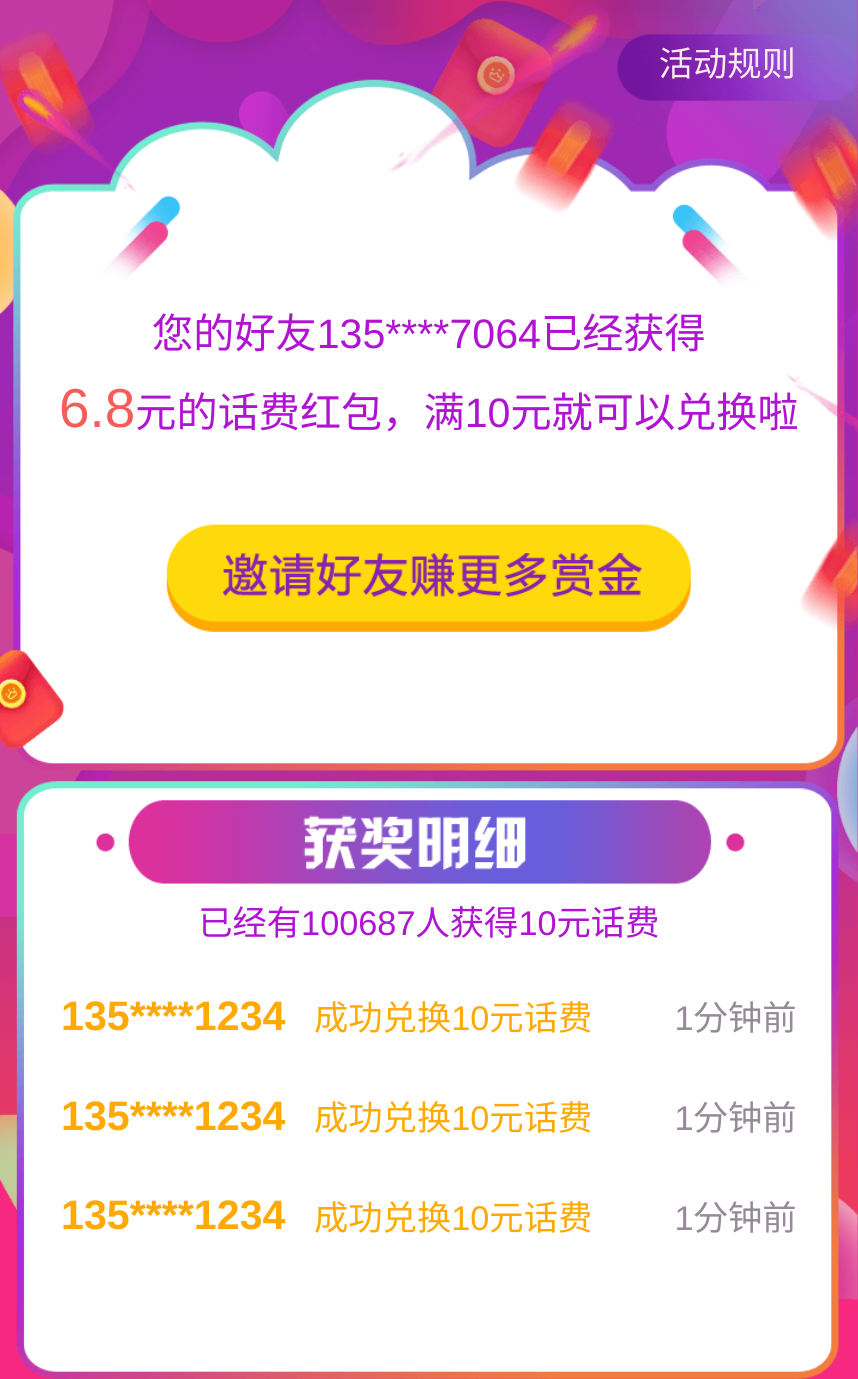
Repository: wangbiaozy/hb
Page: index_hjmx.html
These files come from the project's save history. The page is drawn as it stood at one moment and after the next save; the edit follows.
The browser window is 1280 px wide. The pictures show the whole page, at 67% of full size.

Above is the page before, as saved 2018-08-16 16:36:38.

### index_hjmx.html
<!DOCTYPE html>
<html lang="en">
<head>
    <meta charset="UTF-8">
    <meta name="viewport" content="width=device-width, initial-scale=1.0, maximum-scale=1.0, minimum-scale=1.0, user-scalable=no, viewport-fit=cover">
    <meta http-equiv="X-UA-Compatible" content="ie=edge">
    <title>Document</title>
    <link rel="stylesheet" href="css/reset.min.css">
    <link rel="stylesheet/less" href="css/styles_1.less">
    <script src="js/less-1.7.0.min.js"></script>
</head>
<body>
    <section class="main">
        <a id="rule_btn" href="javascript:void(0)">活动规则</a>
        <!-- 获奖明细页 -->
        <div class="detail">
            <p>您的好友<span>135****7064</span>已经获得<br><i>6.8</i>元的话费红包，满10元就可以兑换啦</p>
            <a href="javascript:void(0)"></a>
            <p>已经有<span>100687</span>人获得10元话费</p>
            <div class="activity" id="J_Activity">
                <ul>
                    <li>
                        <h3>135****1234</h3>
                        <p>成功兑换10元话费</p>
                        <span>1分钟前</span>
                    </li>
                    <li>
                        <h3>135****1234</h3>
                        <p>成功兑换10元话费</p>
                        <span>1分钟前</span>
                    </li>
                    <li>
                        <h3>135****1234</h3>
                        <p>成功兑换10元话费</p>
                        <span>1分钟前</span>
                    </li>
                    <li>
                        <h3>135****1234</h3>
                        <p>成功兑换10元话费</p>
                        <span>1分钟前</span>
                    </li>
                </ul>
            </div>
        </div>
    </section>

    <!-- 活动规则弹窗 -->
    <section class="rule">
        <a href="javascript:void(0)"></a>
        <ul>
            <li>1.活动期间，用户通过10086App开屏页，首页轮播图进入活动，领取10元的话费红包。自己可拆开随机金，剩余金额需分享并邀请好友帮忙拆开，每位可帮忙拆开随机金额，全部拆完即可兑换话费。</li>
            <li>2.邀请拆  红包的好友需为新注册10086App的用户，好友在活动页面输入邀请人的邀请码才能成功帮好友拆开红包，好友帮助拆开红包后同时可获得一个话费红包。</li>
            <li>3.用户需在当前红包全部拆完后，才可开启下一个红包。</li>
            <li>4.活动期间一经发现违规等恶意操作等作弊行为将取消获奖资格。</li>
            <li>5.活动期间，用户需持续下载并的登陆110086App，否则话费奖品无法发放。</li>
        </ul>
        <a href="javascript:void(0)"></a>
    </section>
    <!-- 遮罩层 -->
    <section class="mask" id="mask"></section>
</body>
</html>
<script src="js/jquery-1.10.1.min.js"></script>
<script src="js/index.js"></script>

### css/reset.min.css
@charset "utf-8";
/*默认样式清除和初始化*/
body,h1,h2,h3,h4,h5,h6,hr,p,blockquote,dl,dt,dd,ul,ol,li,button,input,textarea,th,td{margin:0;padding:0}body{font-size:12px;font-style:normal;font-family:"\5FAE\8F6F\96C5\9ED1",Helvetica,sans-serif}small{font-size:12px}h1{font-size:18px}h2{font-size:16px}h3{font-size:14px}h4,h5,h6{font-size:100%}ul,ol{list-style:none}a{text-decoration:none;background-color:transparent}a:hover,a:active{outline-width:0;text-decoration:none}table{border-collapse:collapse;border-spacing:0}hr{border:0;height:1px}img{border-style:none}img:not([src]){display:none}svg:not(:root){overflow:hidden}html{-webkit-touch-callout:none;-webkit-text-size-adjust:100%}input,textarea,button,a{-webkit-tap-highlight-color:rgba(0,0,0,0)}article,aside,details,figcaption,figure,footer,header,main,menu,nav,section,summary{display:block}audio,canvas,progress,video{display:inline-block}audio:not([controls]),video:not([controls]){display:none;height:0}progress{vertical-align:baseline}mark{background-color:#ff0;color:#000}sub,sup{position:relative;font-size:75%;line-height:0;vertical-align:baseline}sub{bottom:-0.25em}sup{top:-0.5em}button,input,select,textarea{font-size:100%;outline:0}button,input{overflow:visible}button,select{text-transform:none}textarea{overflow:auto}button,html [type="button"],[type="reset"],[type="submit"]{-webkit-appearance:button}button::-moz-focus-inner,[type="button"]::-moz-focus-inner,[type="reset"]::-moz-focus-inner,[type="submit"]::-moz-focus-inner{border-style:none;padding:0}button:-moz-focusring,[type="button"]:-moz-focusring,[type="reset"]:-moz-focusring,[type="submit"]:-moz-focusring{outline:1px dotted ButtonText}[type="checkbox"],[type="radio"]{box-sizing:border-box;padding:0}[type="number"]::-webkit-inner-spin-button,[type="number"]::-webkit-outer-spin-button{height:auto}[type="search"]{-webkit-appearance:textfield;outline-offset:-2px}[type="search"]::-webkit-search-cancel-button,[type="search"]::-webkit-search-decoration{-webkit-appearance:none}::-webkit-input-placeholder{color:inherit;opacity:.54}::-webkit-file-upload-button{-webkit-appearance:button;font:inherit}.clear:after{display:block;height:0;content:"";clear:both}
*{ -webkit-tap-highlight-color: rgba(0,0,0,0);-webkit-tap-highlight-color: transparent; /* For some Androids */ }

### js/index.js
(function (doc, win) {
    var docEl = doc.documentElement,
        resizeEvt = 'orientationchange' in window ? 'orientationchange' : 'resize',
        recalc = function () {
            var clientWidth = docEl.clientWidth;
            if (!clientWidth) return;
            docEl.style.fontSize = 100 * (clientWidth / 750) + 'px';
        };
    if (!doc.addEventListener) return;
    win.addEventListener(resizeEvt, recalc, false);
    doc.addEventListener('DOMContentLoaded', recalc, false);
})(document, window);
$(function () {

    //显示非中奖页背景
    function showFirstPageBg(){
        $('.main').removeClass('result');
    }
    //显示中奖页背景
    function showResultPageBg(){
        $('.main').addClass('result');
    }
    //显示活动规则弹窗
    $('#rule_btn').on('click',function(){
        $('.rule').show();
        showMask();
    });
    //关闭活动规则弹窗
    function hideRuleModel(){
        $('.rule').hide();
        hideMask();
    }
    $('.rule').on('click','a',function(){
        hideRuleModel();
    });
    //首页赚钱攻略按钮
    $('#gl_btn').on('click',function(){
        $('.gl').show();
        showMask();
    })
    //首页抽红包按钮
    $('#cj').on('click',function(){
        //奖品金额随机数
        var num = (Math.random()*9+1).toFixed(2);
        $('#moneyText').text(num);
        $('.result').show();
        $('.f_page').hide();
        showResultPageBg();
    });

    //获奖页获奖名单滚动
    var listPanel = $('#J_Activity ul');
    var z = 0;
    function up() {
        listPanel.animate({
            'top': (z - 42) + 'px'
        }, 1500, 'linear', function () {
            listPanel.css({'top': '0px'}).find("li:first").appendTo(listPanel);
            up();
        });
    }
    up();

    //显示弹窗
    function showModel(){
        $('.model').show();
        showMask();
    }

    //关闭弹窗
    $('.close').on('click',function(){
        $(this).parent().parent().hide();
        hideMask();
    });
    //显示遮罩层
    function showMask(){
        $("#mask").css("height",$(document).height());
        $("#mask").css("width",$(document).width());
        $("#mask").show();
        $('body').css('position','fixed');
    }
    //隐藏遮罩层
    function hideMask(){
        $("#mask").hide();
        $('body').css('position','unset');
    }
});

Loaded but not shown: js/less-1.7.0.min.js (library); js/jquery-1.10.1.min.js (library)

After the next save:
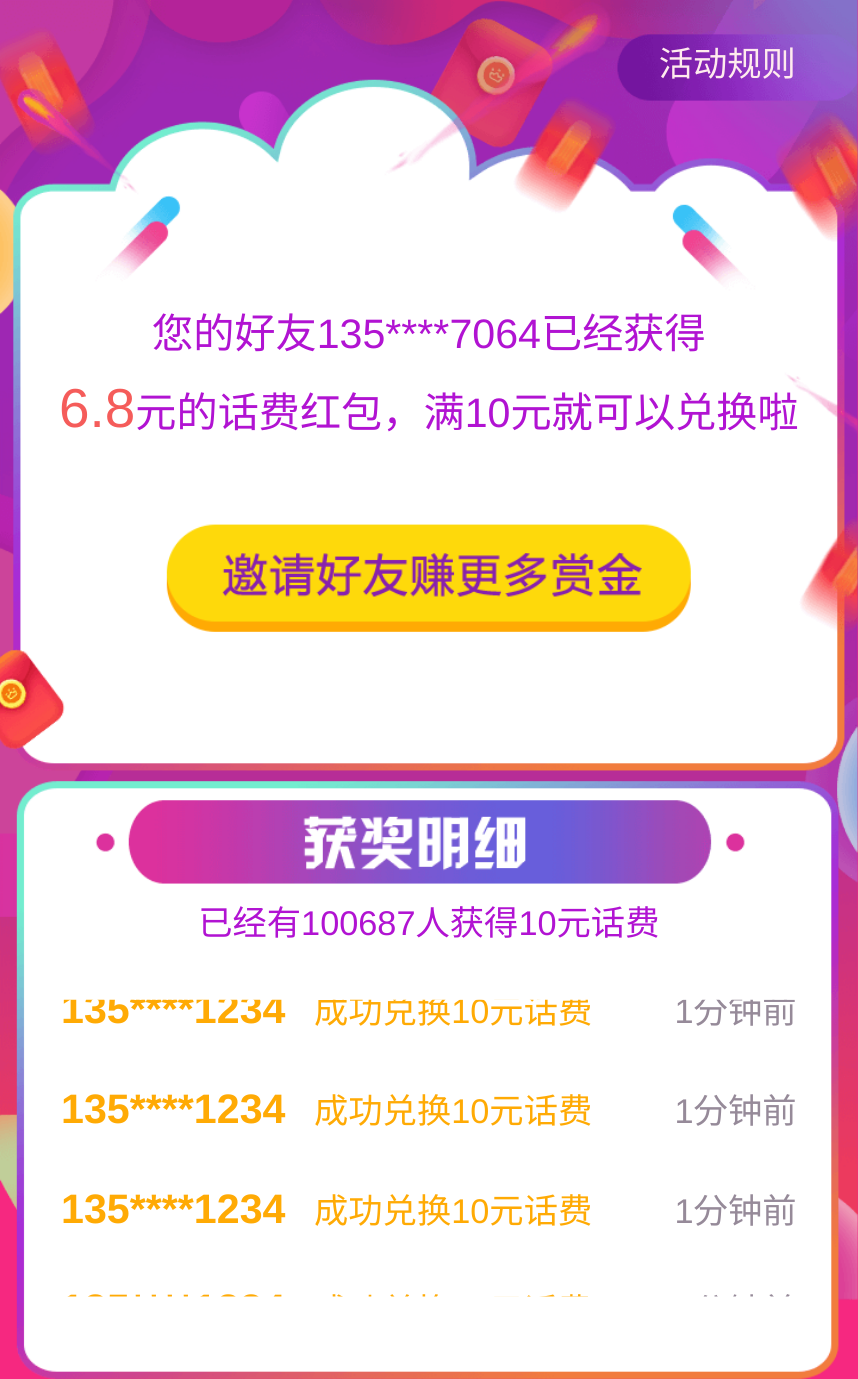
Saved 22 s later.
--- a/js/index.js
+++ b/js/index.js
@@ -53,7 +53,7 @@ $(function () {
     var z = 0;
     function up() {
         listPanel.animate({
-            'top': (z - 42) + 'px'
+            'top': (z - .44) + 'rem'
         }, 1500, 'linear', function () {
             listPanel.css({'top': '0px'}).find("li:first").appendTo(listPanel);
             up();
